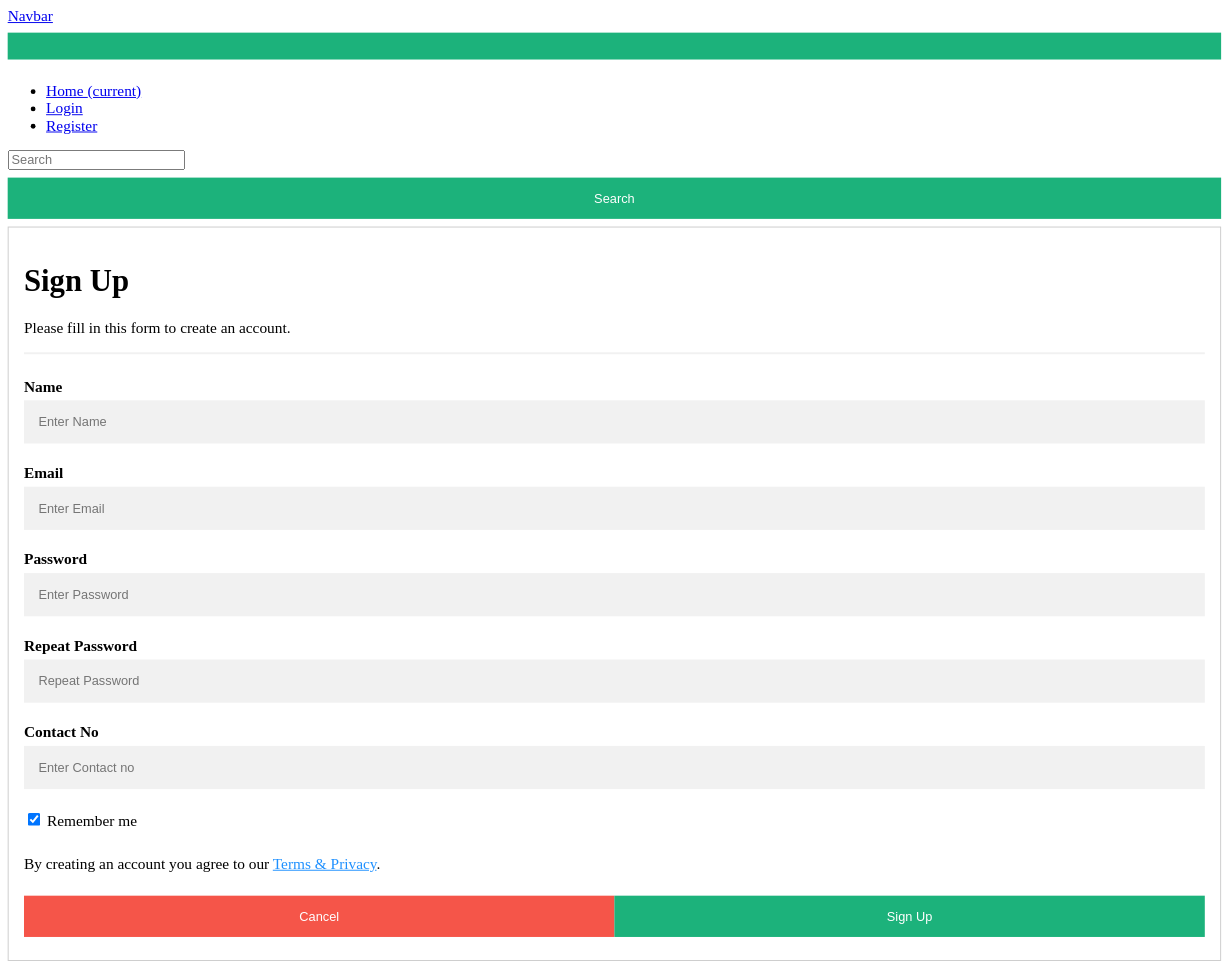
Repository: Ajay9554/javaPrograms
Page: http://localhost/website1/signup.jsp
These files come from the project's save history. The page is drawn as it stood at one moment and after the next save; the edit follows.
The browser window is 1280 px wide. The pictures show the whole page, at 96% of full size.
The page is served by Tomcat 9.

Above is the page before, as saved 2023-10-16 05:24:48.

After the next save:
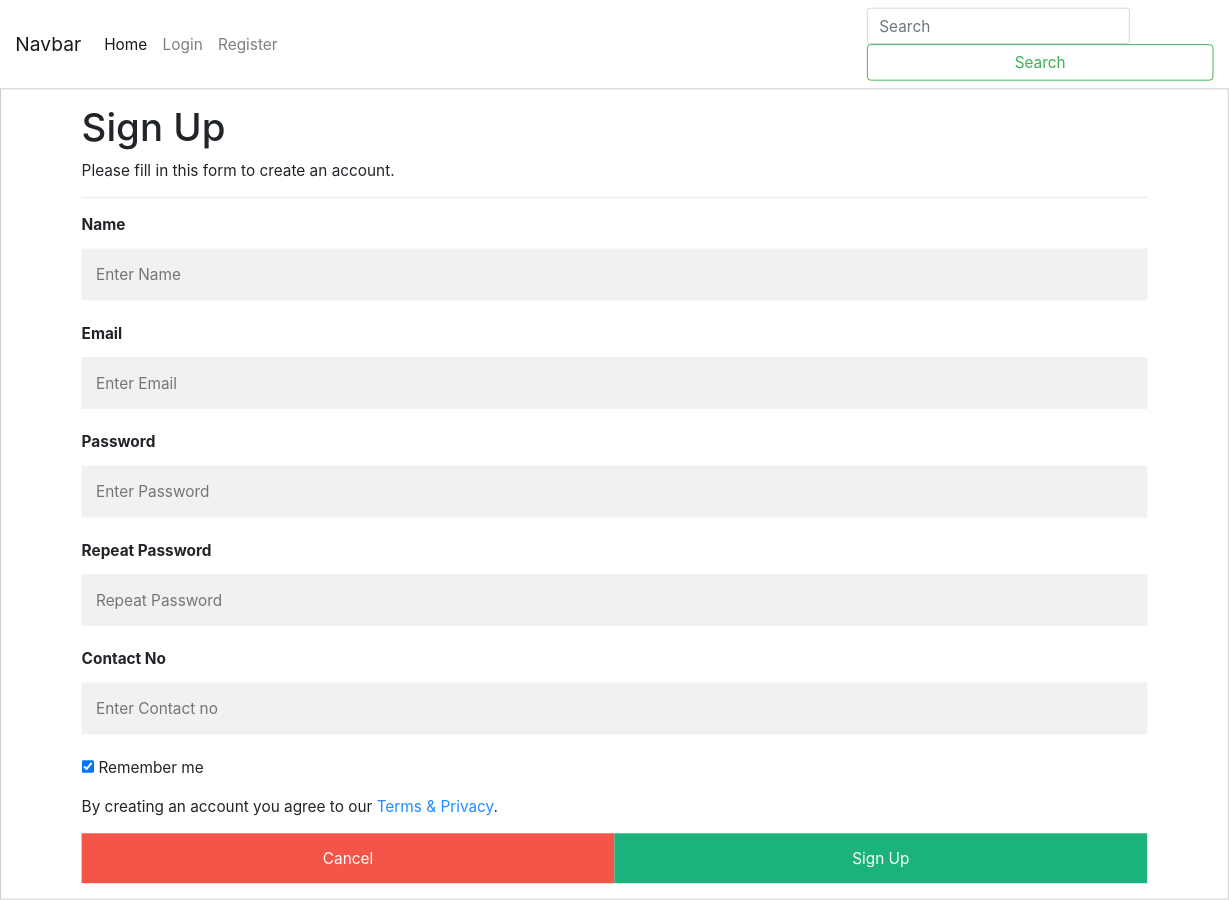
Saved 30 s later.
--- a/eclipse-workspace/aug1pro/website1/src/main/webapp/signup.jsp
+++ b/eclipse-workspace/aug1pro/website1/src/main/webapp/signup.jsp
@@ -6,6 +6,11 @@
 <meta charset="UTF-8">
 <title>SignUp</title>
 <link rel="stylesheet" href="css/signup.css">
+<!-- Bootstrap4 -->
+<link rel="stylesheet" href="https://cdn.jsdelivr.net/npm/bootstrap@4.0.0/dist/css/bootstrap.min.css"
+ integrity="sha384-Gn5384xqQ1aoWXA+058RXPxPg6fy4IWvTNh0E263XmFcJlSAwiGgFAW/dAiS6JXm"
+ crossorigin="anonymous">
+ <link rel="stylesheet" href="https://cdnjs.cloudflare.com/ajax/libs/font-awesome/4.7.0/css/font-awesome.min.css">
 </head>
 <body>
 
